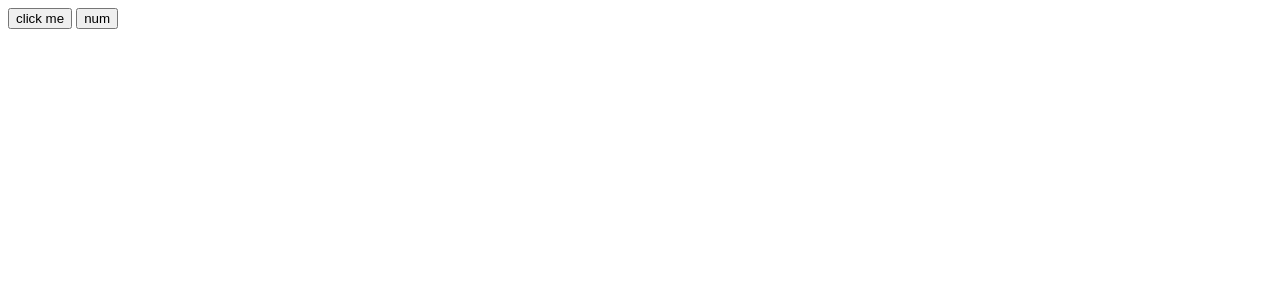
Repository: lwygold/vue
Page: learn-vue-js-master/playground/event-emit.html
These files come from the project's save history. The page is drawn as it stood at one moment and after the next save; the edit follows.
The browser window is 1280 px wide. The pictures show the whole page.

Above is the page before, as saved 2023-04-15 18:08:45.

### learn-vue-js-master/playground/event-emit.html
<!DOCTYPE html>
<html lang="en">
<head>
    <meta charset="UTF-8">
    <meta http-equiv="X-UA-Compatible" content="IE=edge">
    <meta name="viewport" content="width=device-width, initial-scale=1.0">
    <title>Document</title>
</head>
<body>
    <div id="app">
        <app-header v-on:pass="logText"></app-header>
        <app-content v-on:pass="addNum"></app-content>
    </div>


    <script src="https://cdn.jsdelivr.net/npm/vue/dist/vue.js"></script>
    <script>
        var appHeader = {
            template: '<button v-on:click="passEvent">click me</button>',
            methods: {
                passEvent: function() {
                    this.$emit('pass');
                }
            }
        }

        var appContent = {
            template: '<button v-on:click="passEvent">num</button>',
            methods: {
                passEvent: function() {
                    this.$emit('pass');
                }
            }
        }

        new Vue({
            el: '#app',
            components: {
                'app-header': appHeader,
                'app-content': appContent,
            },
            methods: {
                logText: function() {
                    console.log('hi');
                },
                addNum: function() {
                    this.num = this.num+1;
                    console.log(this.num);
                }
            },
            data: {
                num: 10
            }
        });
    </script>
</body>
</html>

After the next save:
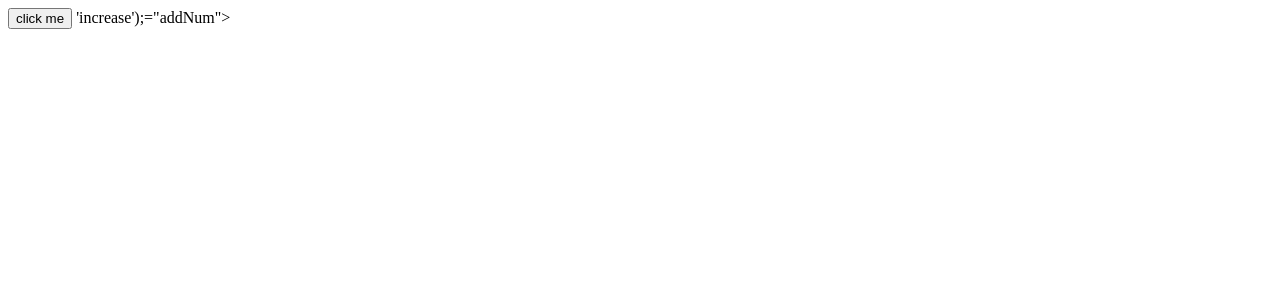
Saved 3 min 48 s later.
--- a/learn-vue-js-master/playground/event-emit.html
+++ b/learn-vue-js-master/playground/event-emit.html
@@ -9,7 +9,8 @@
 <body>
     <div id="app">
         <app-header v-on:pass="logText"></app-header>
-        <app-content v-on:pass="addNum"></app-content>
+        <app-content v-on:                    this.$emit('increase');
+        ="addNum"></app-content>
     </div>
 
 
@@ -28,7 +29,7 @@
             template: '<button v-on:click="passEvent">num</button>',
             methods: {
                 passEvent: function() {
-                    this.$emit('pass');
+                    this.$emit('increase');
                 }
             }
         }

After the save that followed:
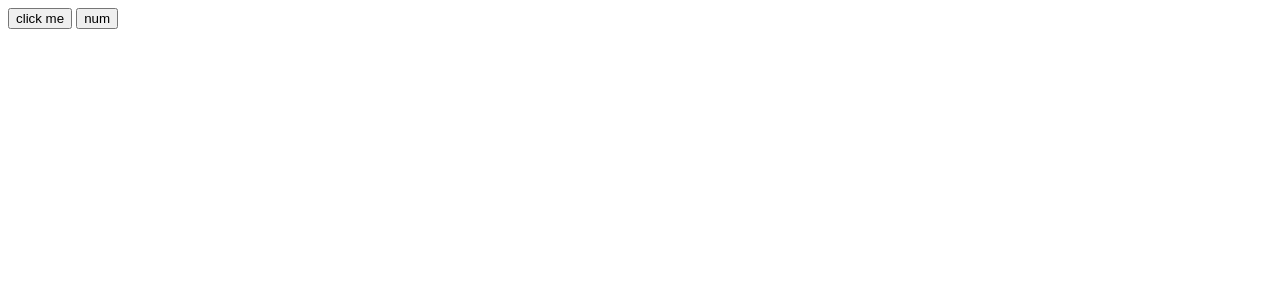
Saved 5 s later.
--- a/learn-vue-js-master/playground/event-emit.html
+++ b/learn-vue-js-master/playground/event-emit.html
@@ -9,8 +9,7 @@
 <body>
     <div id="app">
         <app-header v-on:pass="logText"></app-header>
-        <app-content v-on:                    this.$emit('increase');
-        ="addNum"></app-content>
+        <app-content v-on:increase="addNum"></app-content>
     </div>
 
 
